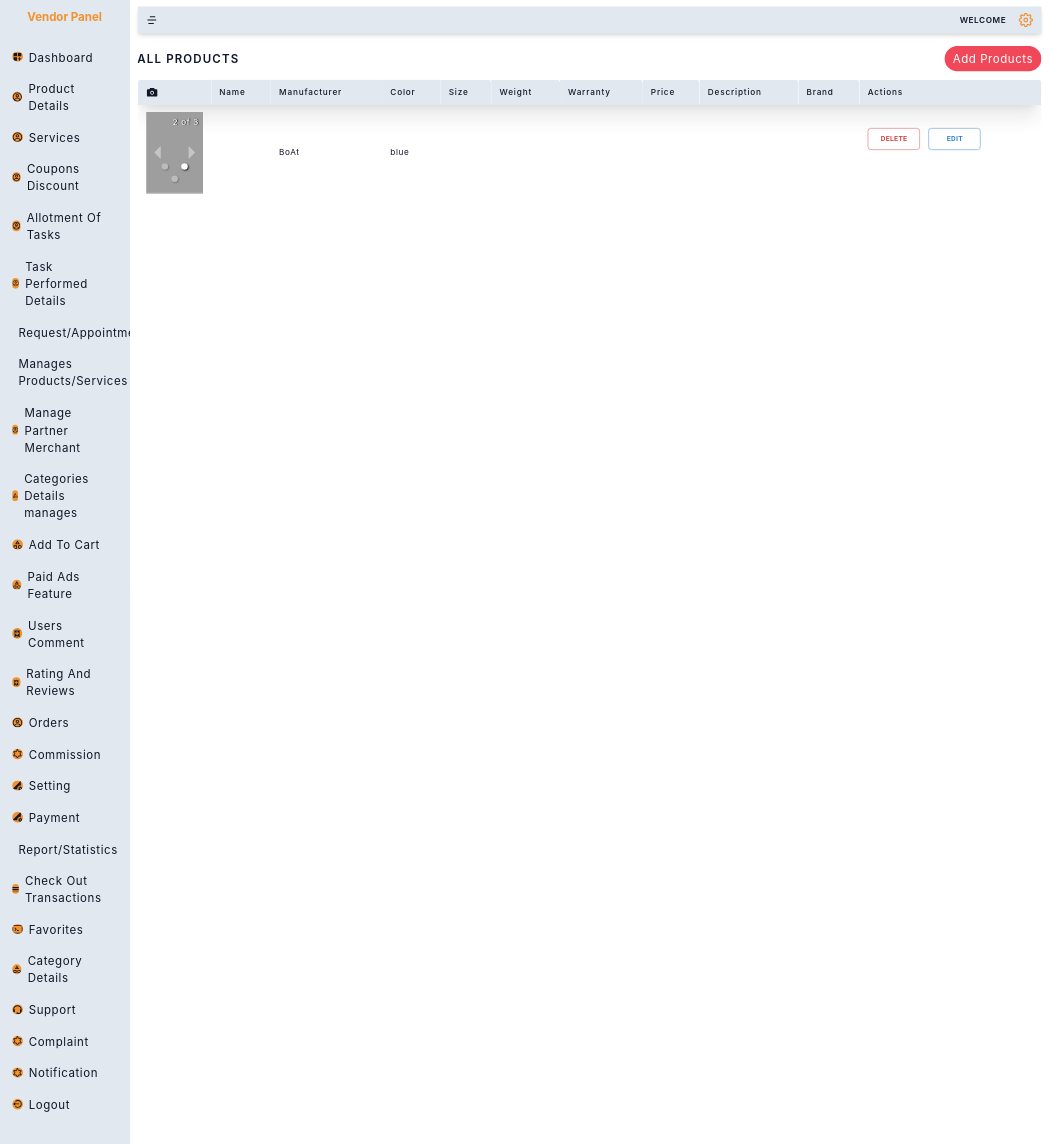
Repository: rohit0915/Mr-Arun-Chauhan-Admin-Panel
Page: /vendorProducts
An editor plug-in stored every save of this project. The page is shown before and after the next save, followed by the edit.
The browser window is 1280 px wide. The pictures show the whole page, at 82% of full size.
Pictures or frames that could not be fetched are drawn as grey boxes. The page's requests for data from a server got no answer. The project was rebuilt for these pictures with package versions that can differ from the ones it lists, and the page was loaded fresh each time. No one was signed in, and anything a server would have sent is missing. Also part of the build but not shown: src/components/forms/Login.jsx, src/components/layout/Navbar.jsx, src/components/layout/Sidebar.jsx, src/components/layout/HOC.jsx, src/components/pages/Dashboard.jsx, src/components/pages/products/Products.jsx, src/components/pages/categories/Categories.jsx, src/components/pages/subcategories/SubCategories.jsx and 81 more.

Above is the page before, as saved 2022-11-24 15:37:02.

After the next save:
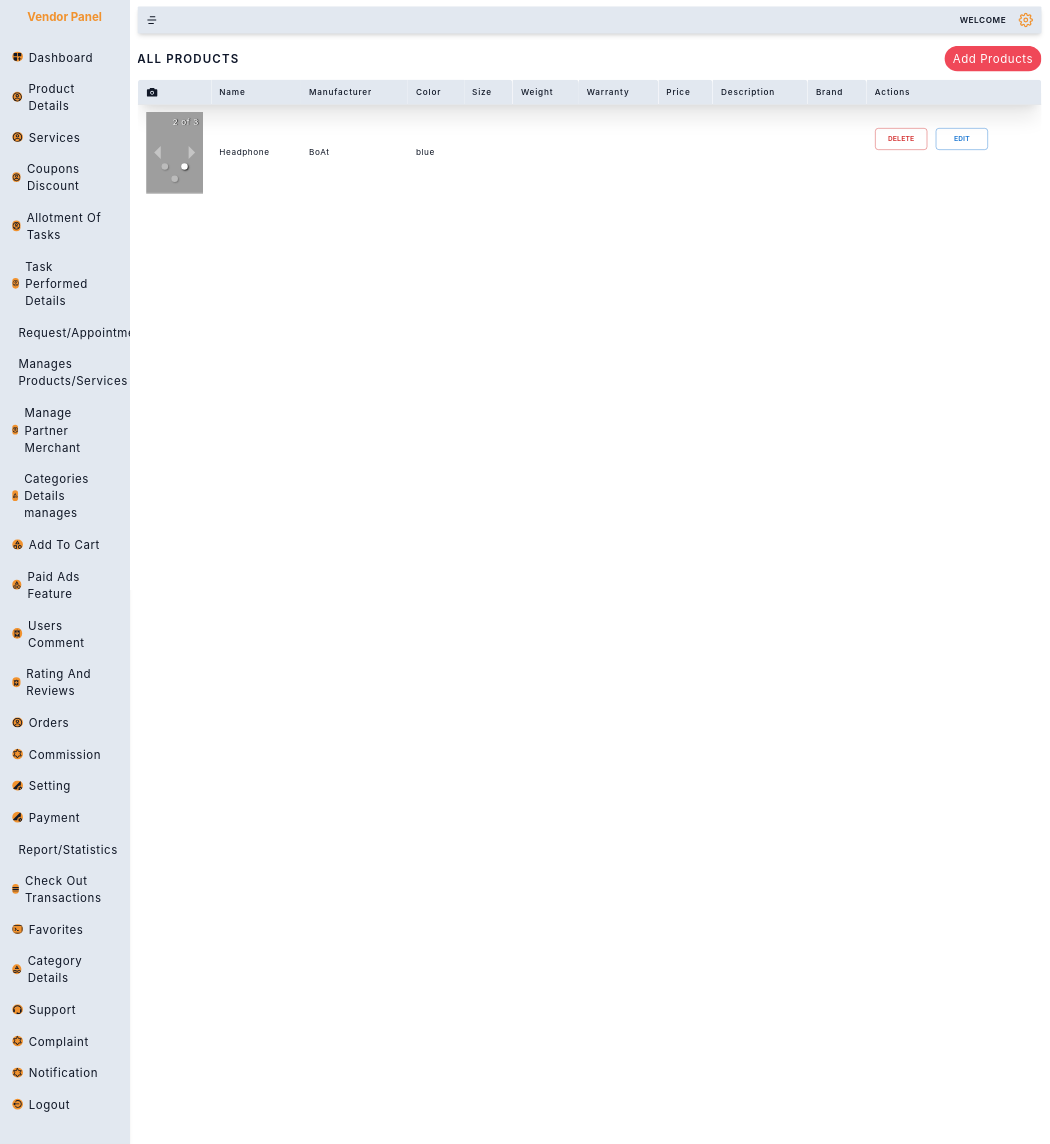
Saved 6 s later.
--- a/src/vendorPanel/components/pages/products/VendorProducts.jsx
+++ b/src/vendorPanel/components/pages/products/VendorProducts.jsx
@@ -547,7 +547,7 @@ const VendorProducts = () => {
                     </Carousel>
                   </td>
                   <td className="px-4 py-3 md:text-base text-sm">
-                    {i.productName}
+                    {i.name}
                   </td>
                   <td className="px-4 py-3 md:text-base text-sm">
                     {i.manufactuer}
